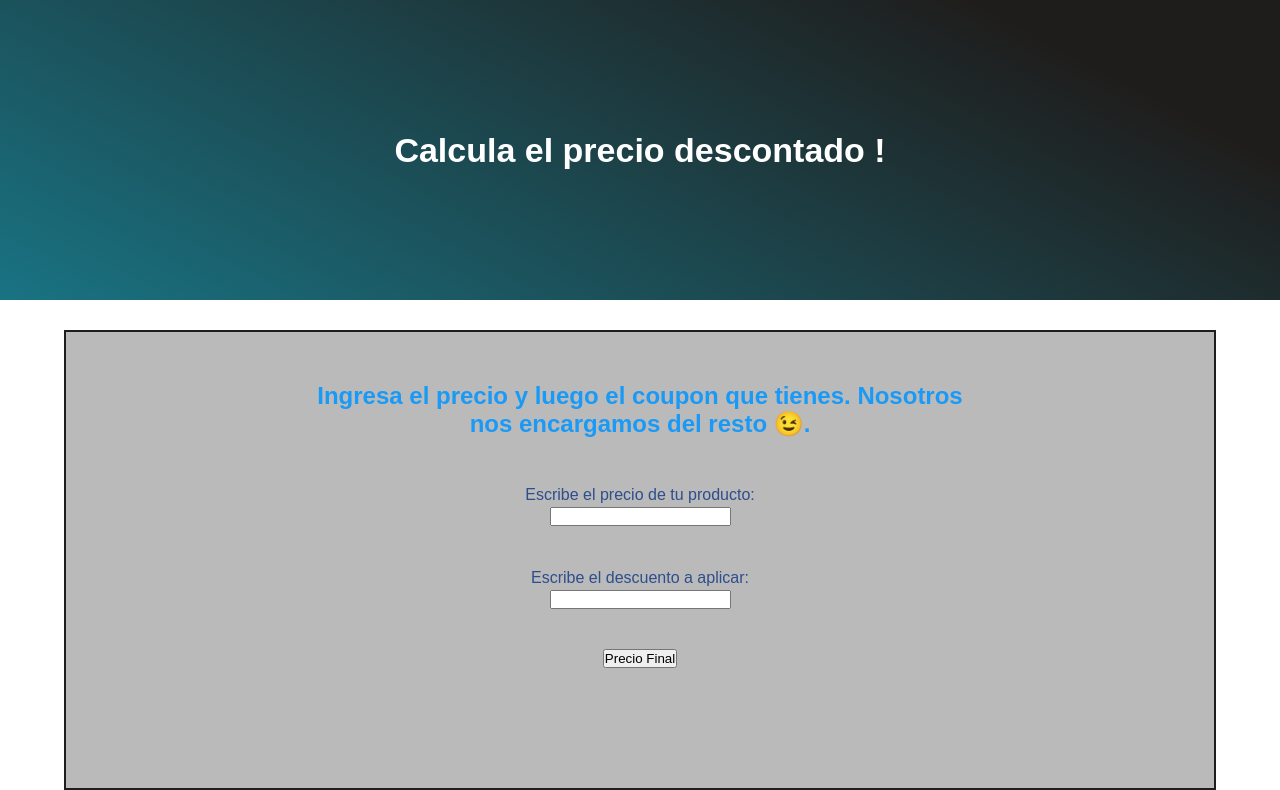
Repository: ChristianGecchelin/javascript-project
Page: javascript-project/descuentos y porcentajes/descuentos.html
The author's editor kept a copy of each file at every save. The page is drawn from the files as they stood at one save, then again after the next save.
The browser window is 1280 px wide. The pictures show the whole page.

Above is the page before, as saved 2021-12-05 18:28:05.

After the next save:
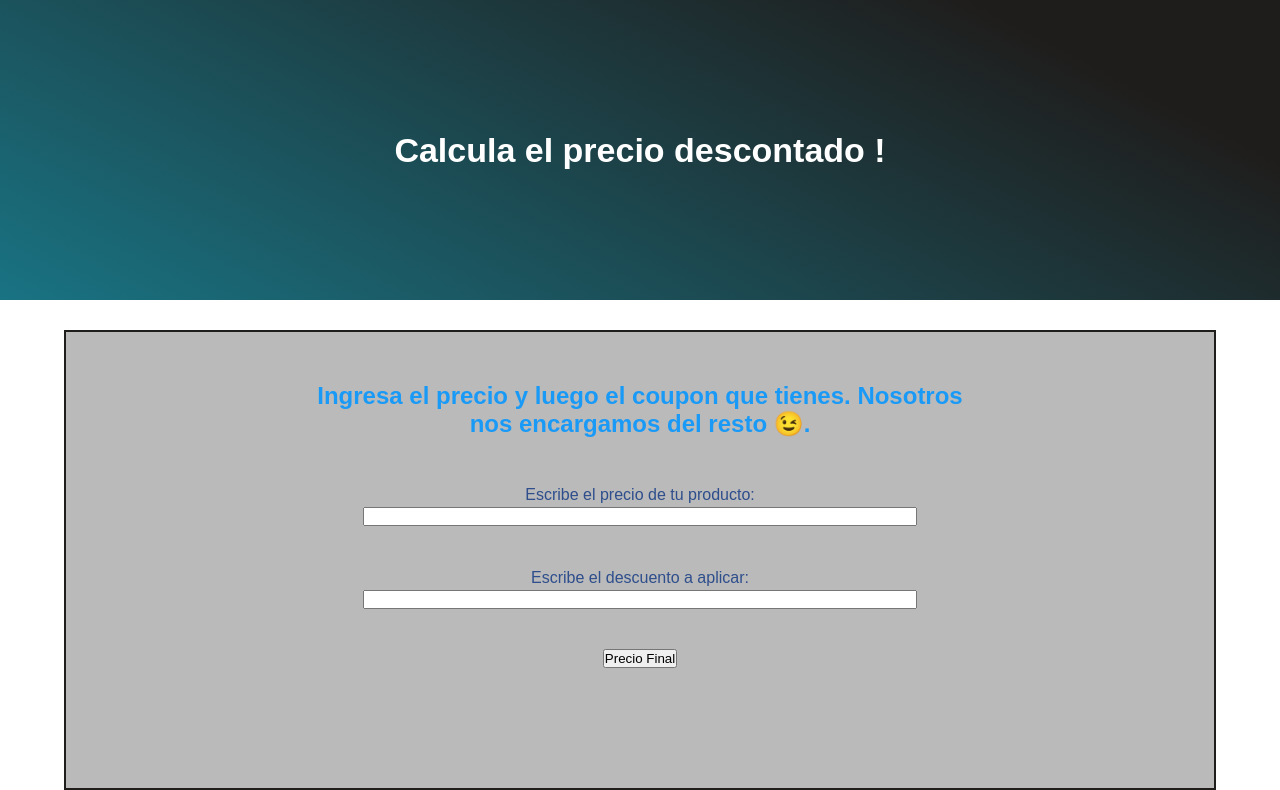
Saved 39 s later.
--- a/javascript-project/descuentos y porcentajes/style.css
+++ b/javascript-project/descuentos y porcentajes/style.css
@@ -82,3 +82,6 @@ header .header--title-container h1 {
   line-height: 2.4rem;
   color: rgba(34, 68, 136, 0.92);
 }
+.title-container .container-form .form--input {
+  width: 50%;
+}
